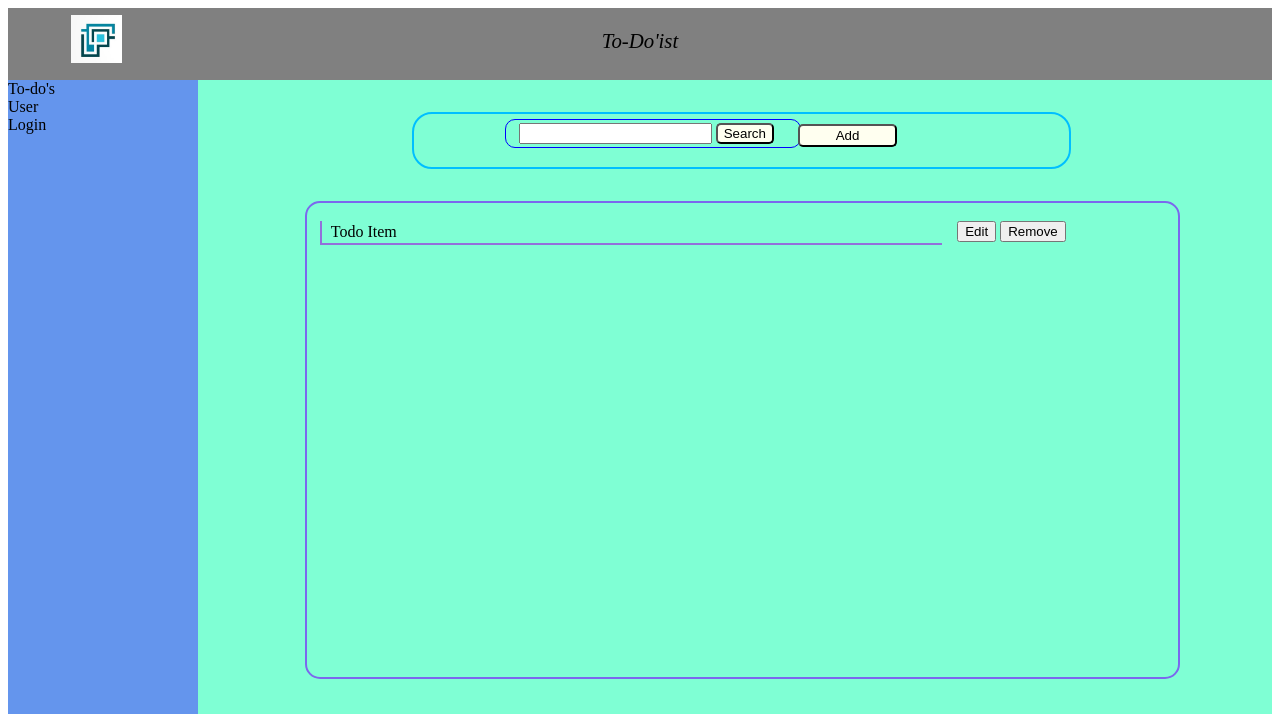
Repository: tavisca-pkadam/Todo-Website
Page: home.html
These files come from the project's save history. The page is drawn as it stood at one moment and after a run of saves; the edit follows.
The browser window is 1280 px wide. The pictures show the whole page.

Above is the page before, as saved 2019-08-20 08:07:31.

### home.html
<!DOCTYPE html>
<html>
  <head>
    <meta charset="utf-8" />
    <meta http-equiv="X-UA-Compatible" content="IE=edge" />
    <title>Page Title</title>
    <meta name="viewport" content="width=device-width, initial-scale=1" />
    <link rel="stylesheet" type="text/css" media="screen" href="main.css" />

    <link rel="import" href="components/header.html" />

    <!-- <script src='main.js'></script> -->
  </head>
  <body>
    <div id="head" class="header">
      <img id="company_logo" src="src/logo.jpg" width="5%" />
      <p id="todo_header"><i>To-Do'ist</i></p>
    </div>


    <div id="side_nav">
      <div>
        To-do's
      </div>
      <div>
        User
      </div>
      <div>
        Login
      </div>
    </div>
    <div id="todo_content">
        <div id="todo_content_head">
            <div id="todo_content_search">
                <input type="text" style="padding-right:10px">
                <button class="search_button">Search</button>
            </div>
            <button id="todo_content_add" class="search_button">Add</button>
        </div>
        <div id="todo_list">
            <div class="todo_item">
                <div class="todo_detail">
                        Todo Item
                </div>
                <button class="todo_edit_btn">Edit</button>
                <button>Remove</button>
            </div>
        </div>
    </div>
  </body>
</html>

### main.css
.header {
    background-color:gray;
    position: relative;
    width: 100%;
    height: 10vh;
}

#company_logo {
    position: absolute;
    left: 5%;
    width: 4%;
    margin-top: 1vh;
}

#todo_header {
    font-size: 1.3em;
    font-style: oblique;
    font-stretch: expanded;
    position: absolute;
    width: 100%;
    text-align: center;
    /* right: 45%; */
}

#side_nav {
    position: fixed;
    width: 15%;
    background-color: cornflowerblue;
    height: 88vh;
}

#todo_content {
    position: relative;
    left: 15%;
    width:85%;
    background-color: aquamarine;
    height: 88vh;
}

#todo_content_head {
    border: 1px;
    position: relative;
    /* background-color: deepskyblue; */
    padding: 5px;
    width: 60%;
    height: 6vh;
    border-radius: 20px;
    left: 20%;
    top: 5%;

    border-width: 2px;
    border-style: solid;
    border-color: deepskyblue;
}

.search_button{
    text-align: center;
    background-color: ivory;
    border-radius: 5px;
}

#todo_content_search{
    position: absolute;
    /* background-color: darksalmon; */
    padding: 0.5%;
    margin-left:4%;
    padding-left: 2%;
    padding-right: 4%;
    left: 5vw;
    border-radius: 10px;
    border-width: 1px;
    border-style: solid;
    border-color: blue;

}
#todo_content_add {
    position: absolute;
    padding: 2px;
    background-color: ivory;
    left: 30vw;
    top: 10px;
    width: 15%;
    mari
    margin-left: 20px;
}


#todo_list {
    /* background-color: mediumslateblue; */
    position: relative;
    width: 80%;
    left: 10%;
    top: 10%;
    height: 65vh;
    border-radius: 15px;
    padding:3px;
    padding-left: 8px;


    border-width: 2px;
    border-style: solid;
    border-color: mediumslateblue;
}

.todo_item{
    margin:5px;
    margin-top: 15px;
}

.todo_edit_btn{
    margin-left: 75%;
}

.todo_detail{
    width: 70%;

    position: absolute;
    padding: 2px;
    padding-left: 1%;

    border-bottom: 6px solid;
    border-left: 6px solid;
    border-width: 2px;
    border-color: mediumpurple;
    }

After the next 2 saves:
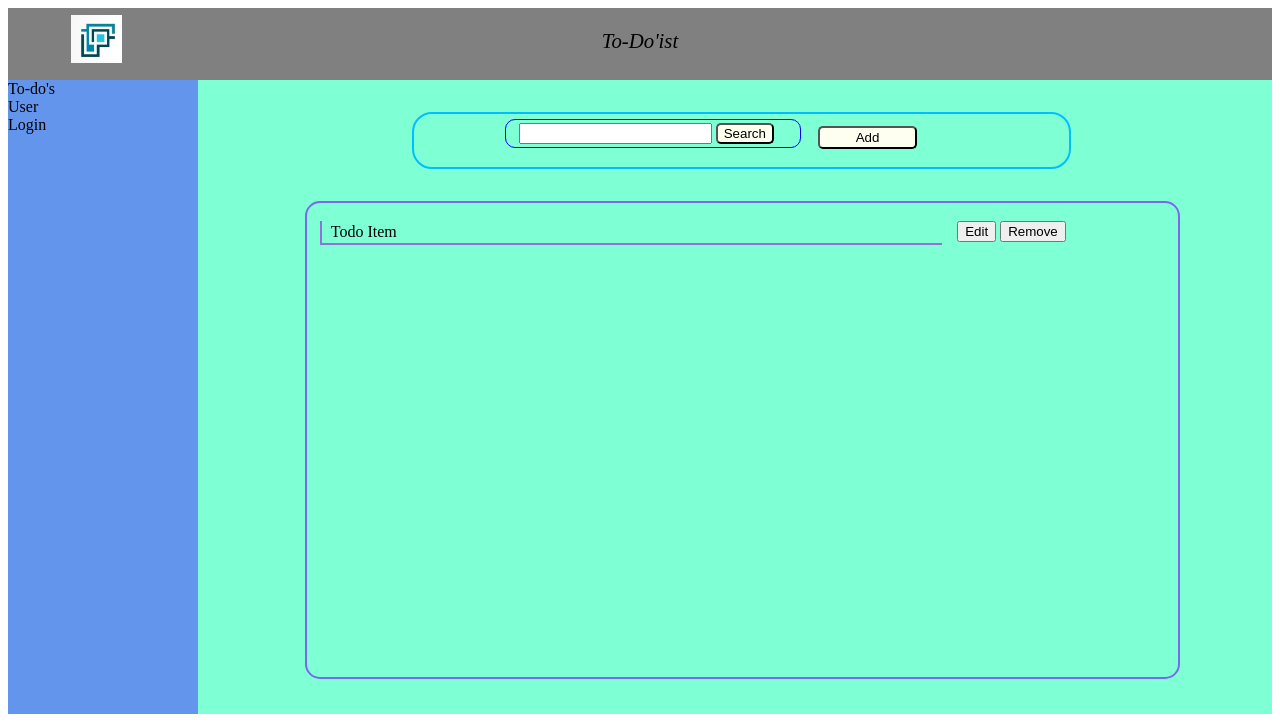
The 2 saves are shown as one change because they came seconds apart.
The last was saved 6 s later.
--- a/main.css
+++ b/main.css
@@ -80,7 +80,7 @@
     left: 30vw;
     top: 10px;
     width: 15%;
-    mari
+    margin: 2px;
     margin-left: 20px;
 }
 
